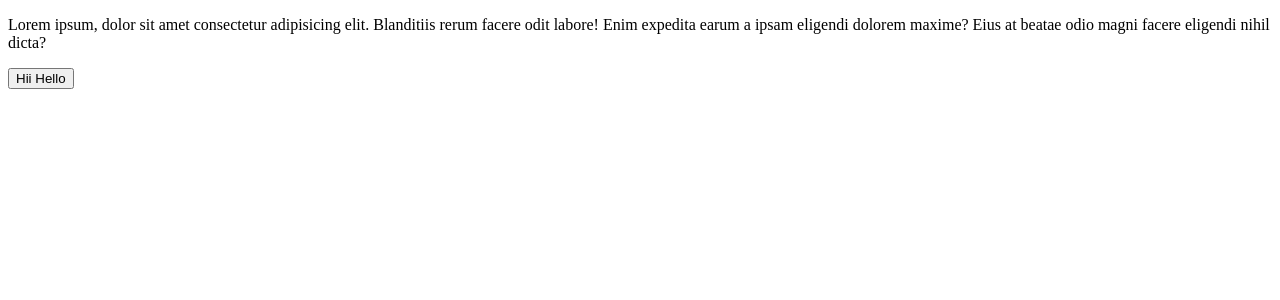
Repository: RagulRanjeeth/Frontend
Page: demo.html
These files come from the project's save history. The page is drawn as it stood at one moment and after the next save; the edit follows.
The browser window is 1280 px wide. The pictures show the whole page.

Above is the page before, as saved 2026-01-19 11:40:51.

### demo.html
<!DOCTYPE html>
<html lang="en">

<body>


    <p>Lorem ipsum, dolor sit amet consectetur adipisicing elit. Blanditiis rerum facere odit labore! Enim expedita earum a ipsam eligendi dolorem maxime? Eius at beatae odio magni facere eligendi nihil dicta?</p>

     <button>Hii Hello</button>


</body>
</html>

After the next save:
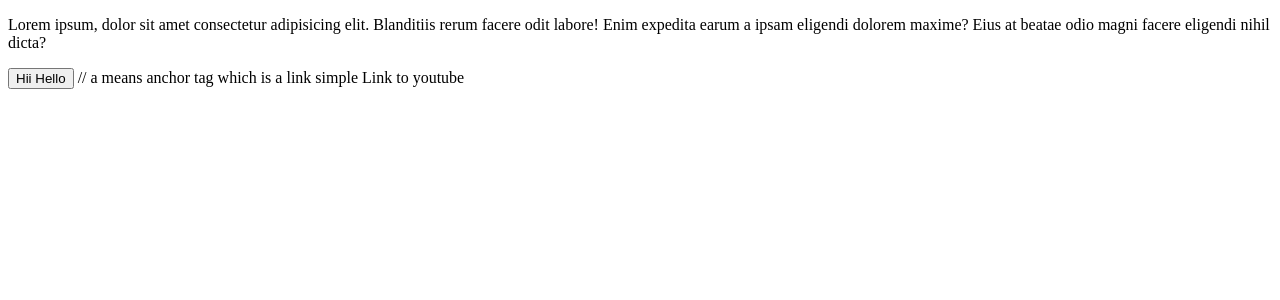
Saved 2 min 34 s later.
--- a/demo.html
+++ b/demo.html
@@ -6,7 +6,13 @@
 
     <p>Lorem ipsum, dolor sit amet consectetur adipisicing elit. Blanditiis rerum facere odit labore! Enim expedita earum a ipsam eligendi dolorem maxime? Eius at beatae odio magni facere eligendi nihil dicta?</p>
 
-     <button>Hii Hello</button>
+    <button>Hii Hello</button>
+
+
+    // a means anchor tag which is a link simple
+    <a>Link to youtube</a>
+
+
 
 
 </body>
